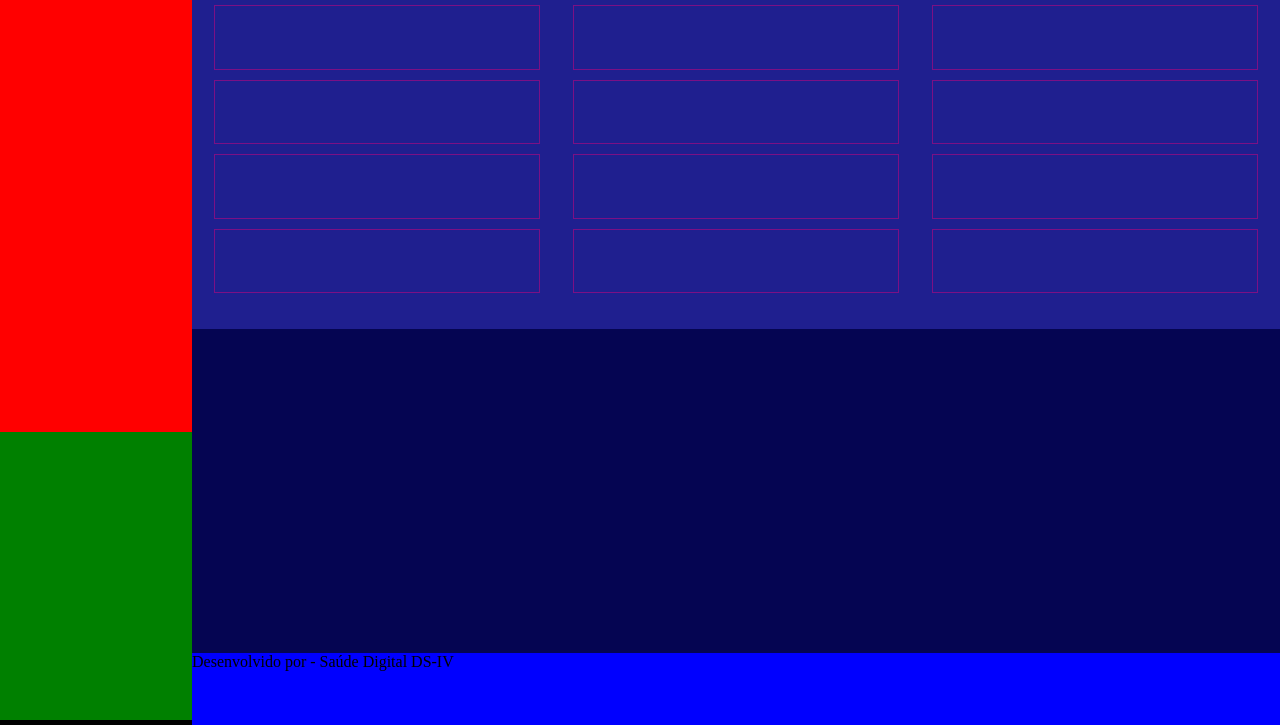
Repository: br-on/ddaf-chamados
Page: index.html
An editor plug-in stored every save of this project. The page is shown before and after the next save, followed by the edit.
The browser window is 1280 px wide. The pictures show the whole page.

Above is the page before, as saved 2025-01-19 20:36:35.

After the next save:
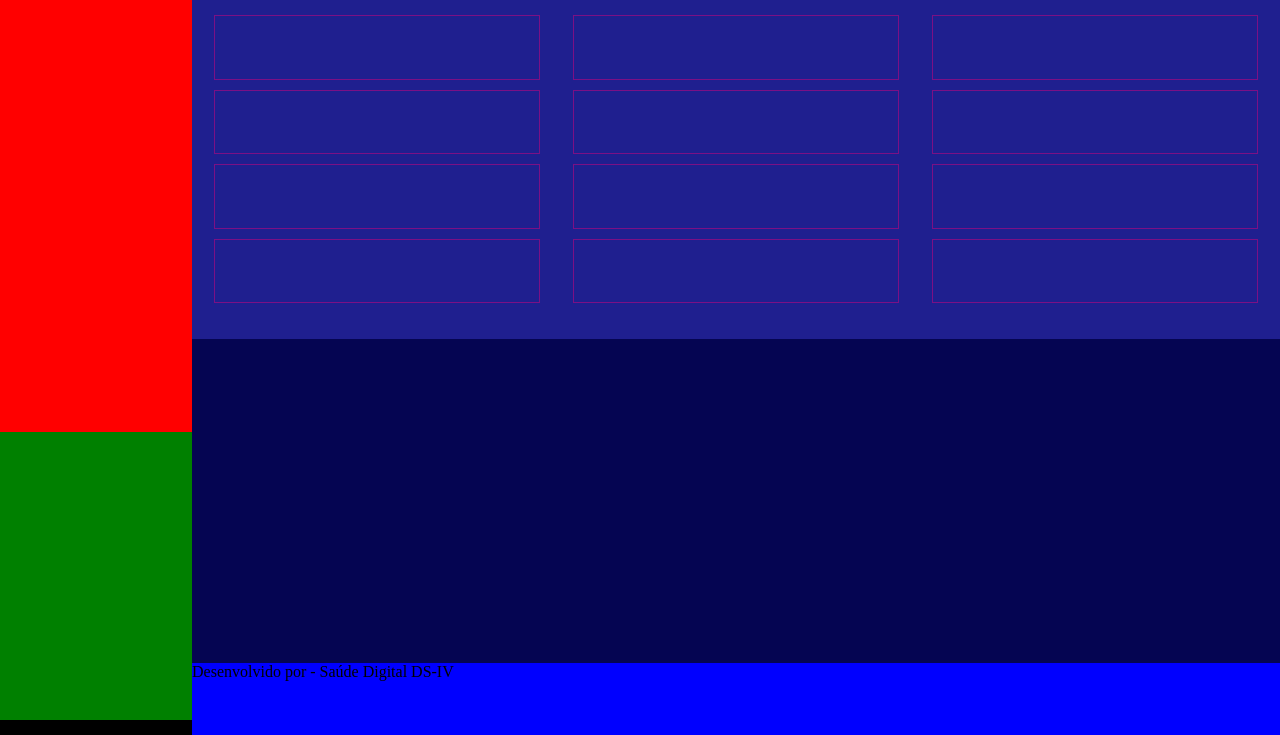
Saved 4 s later.
--- a/style.css
+++ b/style.css
@@ -25,7 +25,7 @@ main {
 }
 .tipos-demandas {
     height: 45%;
-    padding-top: 5px;
+    padding-top: 15px;
     background-color: rgb(31, 31, 143);
     display: grid;
     justify-content: center;
